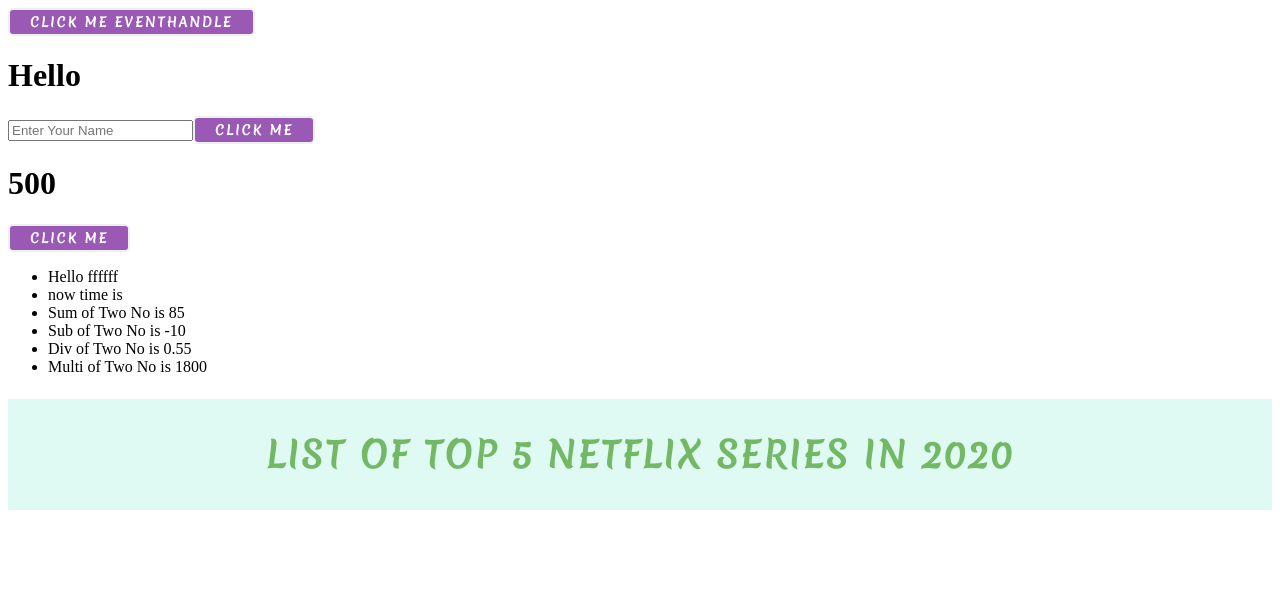
Repository: hardik2626/reactlearn2020
Page: /
These files come from the project's save history. The page is drawn as it stood at one moment and after the next save; the edit follows.
The browser window is 1280 px wide. The pictures show the part of the page from y = 0 to 616 px (the page is 1640 px tall before and 2332 px after).
Pictures or frames that could not be fetched are drawn as grey boxes. The project was rebuilt for these pictures with package versions that can differ from the ones it lists, and the page was loaded fresh each time.

Above is the page before, as saved 2020-10-10 10:18:41.

### public/index.html
<!DOCTYPE html>
<html lang="en">

<head>
    <meta charset="utf-8" />
    <link rel="icon" href="%PUBLIC_URL%/favicon.ico" />
    <meta name="viewport" content="width=device-width, initial-scale=1" />
    <meta name="theme-color" content="#000000" />
    <meta name="description" content="Web site created using create-react-app" />
    <link rel="apple-touch-icon" href="%PUBLIC_URL%/logo192.png" />
    <!--
      manifest.json provides metadata used when your web app is installed on a
      user's mobile device or desktop. See https://developers.google.com/web/fundamentals/web-app-manifest/
    -->
    <link rel="manifest" href="%PUBLIC_URL%/manifest.json" />
    <!--
      Notice the use of %PUBLIC_URL% in the tags above.
      It will be replaced with the URL of the `public` folder during the build.
      Only files inside the `public` folder can be referenced from the HTML.

      Unlike "/favicon.ico" or "favicon.ico", "%PUBLIC_URL%/favicon.ico" will
      work correctly both with client-side routing and a non-root public URL.
      Learn how to configure a non-root public URL by running `npm run build`.
    -->
    <link href="https://fonts.googleapis.com/css2?family=Merienda&display=swap" rel="stylesheet">
    <title>React App</title>
</head>

<body>
    <noscript>You need to enable JavaScript to run this app.</noscript>
    <div id="root"></div>
    <!--
      This HTML file is a template.
      If you open it directly in the browser, you will see an empty page.

      You can add webfonts, meta tags, or analytics to this file.
      The build step will place the bundled scripts into the <body> tag.

      To begin the development, run `npm start` or `yarn start`.
      To create a production bundle, use `npm run build` or `yarn build`.
    -->
</body>

</html>

### src/index.js
import React from 'react';
import ReactDOM from 'react-dom';
import App from './App';
import Cards from './Cards'
import './index.css';
import Sdata from './Sdata'

//console.log(Sdata[1].sname);

/*function nCard(val){
  //console.log(val);
  return(
    <Cards
     imgsrc={val.imgsrc}
     sname={val.sname}
     title={val.title}
     link={val.link}
     />
  )
}*/



ReactDOM.render(
  <>

  <App myname="ffffff" />


    <h1 className="heading_style">List of TOP 5 Netflix Series in 2020</h1>
    {/* {Sdata.map(nCard)}; */}

    {Sdata.map((val, index) => {
      console.log(index);
      return(
        <React.Fragment key={val.imgsrc}>
        <Cards  imgsrc={val.imgsrc} sname={val.sname} title={val.title} link={val.link} />
        </React.Fragment>
      )
      }
    )};


     { /* <Cards imgsrc={Sdata[1].imgsrc} sname={Sdata[1].sname} title={Sdata[1].title} link={Sdata[1].link} />
     <Cards imgsrc={Sdata[2].imgsrc} sname={Sdata[2].sname} title={Sdata[2].title} link={Sdata[2].link} /> */ }

  </>, document.getElementById('root')
);

### src/App.js
import React from 'react';
import add, { sub, mult, div } from './Calc';
import Eventhand from './Eventhand';
import Myform from './Myform';
import Myhooks from './Myhooks';

function App(props){

  return(
    <>
    <Eventhand />
   <Myform />
   <Myhooks />
  <ul>
  <li>Hello {props.myname}</li>
  <li>now time is {new Date().toLocaleDateString}</li>
    <li>Sum of Two No is {add(45,40)}</li>
    <li>Sub of Two No is {sub(30,40)}</li>
    <li>Div of Two No is {div(22,40)}</li>
    <li>Multi of Two No is {mult(45,40)}</li>
  </ul>
  </>
  )
}

export default App

### src/Cards.jsx
import React from 'react';

function Cards(props){
  //console.log(props)
  return(
    <>
    <div className="cards">
      <div className="card">
        <img src={props.imgsrc} alt="ALPIC" className="card__img" />
        <div className="card__info">
          <span className="card__category">{props.title}</span>
          <h3 className="card__title"> {props.sname} </h3>
          <a href={props.link } target="_blank">
            <button>Watch Now</button>
          </a>
        </div>
      </div>
    </div>
  </>
  )
}
export default Cards

### src/index.css
/* * {
    margin: 0;
    padding: 0;
    box-sizing: border-box;
}

.heading {
    color: blue;
    text-align: center;
    text-transform: capitalize;
    font-weight: bold;
    text-shadow: 0px 2ps 4px #ffe9c5;
    font-family: 'Merienda', cursive;
}

.heading2 {
    color: #c75757;
    text-align: center;
    text-transform: capitalize;
    font-weight: bold;
    font-family: 'Merienda', cursive;
}

.imgDIV {
    width: 200px;
    height: auto;
    margin-top: 20px;
    display: inline;
}

body {
    background-color: #b4f2e1;
    box-sizing: border-box;
    margin: 0;
    padding: 0;
    font-family: 'Gill Sans', 'Gill Sans MT', Calibri, 'Trebuchet MS', sans-serif;
}

div {
    width: 100%;
    height: 100vh;
    display: flex;
    justify-content: center;
    align-items: center;
    margin-top: -30px;
}

h1 {
    padding: 20px;
    background-color: #ffe9c5;
    color: #fa9191;
    border-radius: 20px;
    font-size: 60px;
}

span {
    color: #eb6383;
} */

.heading_style {
    padding: 30px 0;
    text-align: center;
    font-family: 'Merienda', cursive;
    text-transform: uppercase;
    font-size: 35px;
    letter-spacing: 2px;
    font-weight: bold;
    color: #3d9820ab;
    background-color: #b4f2e16b;
    margin-bottom: 30px;
}

.cards {
    width: 100%;
    height: auto;
}

.card {
    margin: 6%;
    background-color: #fff;
    width: 21.25%;
    border-radius: 12%;
    box-shadow: 0px 13px 10px -7px rgba(0, 0, 0, 0.1);
    float: left;
    transition: all 0.4s cubic-bezier(0.175, 0.885, 0, 1);
    -webkit-border-radius: 12%;
    -moz-border-radius: 12%;
    -ms-border-radius: 12%;
    -o-border-radius: 12%;
    -webkit-transition: all 0.4s cubic-bezier(0.175, 0.885, 0, 1);
    -moz-transition: all 0.4s cubic-bezier(0.175, 0.885, 0, 1);
    -ms-transition: all 0.4s cubic-bezier(0.175, 0.885, 0, 1);
    -o-transition: all 0.4s cubic-bezier(0.175, 0.885, 0, 1);
}

.card:hover {
    box-shadow: 0px 30px 18px -8px rgba(0, 0, 0, 0.1);
    transform: scale(1.05, 1.05);
    -webkit-transform: scale(1.05, 1.05);
    -moz-transform: scale(1.05, 1.05);
    -ms-transform: scale(1.05, 1.05);
    -o-transform: scale(1.05, 1.05);
}

.card__img {
    width: 100%;
    height: 235px;
    border-top-left-radius: 12px;
    border-top-right-radius: 12px;
}

.card__info {
    background-color: #fff;
    border-bottom-left-radius: 12px;
    border-bottom-right-radius: 12px;
    padding: 16px 24px 24px 24px;
}

.card__category {
    font-family: 'Franklin Gothic Medium', 'Arial Narrow', Arial, sans-serif;
    text-transform: uppercase;
    font-size: 13px;
    letter-spacing: 2px;
    font-weight: bold;
    color: #868686;
    background-color: #fff;
}

.card__title {
    margin-top: 5px;
    margin-bottom: 10px;
    font-family: 'Merienda', cursive;
    background-color: #fff;
    text-transform: capitalize;
}

button {
    padding: 8px 5px;
    font-family: 'Merienda', cursive;
    text-transform: uppercase;
    font-size: 13px;
    letter-spacing: 2px;
    font-weight: bold;
    color: #868686;
    background-color: #fff;
    outline: none;
    border: 1px solid #000;
    cursor: pointer;
}

button {
    line-height: 24px;
    padding: 0 20px;
    background-color: #9b59b6;
    color: #fff;
    border: 2px solid #ecf0f1;
    outline: none;
    border-radius: 5px;
    text-transform: uppercase;
    cursor: pointer;
    -webkit-border-radius: 5px;
    -moz-border-radius: 5px;
    -ms-border-radius: 5px;
    -o-border-radius: 5px;
}

h1.evnthnd {
    color: White;
    background: transparent;
    text-shadow: 0 2px 2px #000;
}

div.evnt {
    width: 100%;
    height: 100vh;
    display: flex;
    justify-content: center;
    align-items: center;
    background-color: violet;
    flex-direction: column;
}

### src/Sdata.jsx
const Sdata = [{
        imgsrc : "https://picsum.photos/500/300",
        sname : "DARK",
        title : " A Netflix Original Series",
        link : "https://www.google.com/"
    },
    {
        imgsrc : "https://picsum.photos/500/330",
        sname : "Extra Carricular",
        title : " A Netflix Original Series",
        link : "https://www.google.com/"
    },
    {
        imgsrc : "https://picsum.photos/500/340",
        sname : "MasterCard",
        title : " A Netflix Original Series",
        link : "https://www.google.com/"
    },
    {
        imgsrc : "https://picsum.photos/500/335",
        sname : "TrueLove",
        title : " A ZEE  Series",
        link : "https://www.google.com/"
    },
    {
        imgsrc : "https://picsum.photos/500/345",
        sname : "Khul JA Sim Sim",
        title : " A ZEE5  Series",
        link : "https://www.google.com/"
    },
    {
        imgsrc : "https://picsum.photos/500/339",
        sname : "Extra Carricular",
        title : " A Netflix Original Series",
        link : "https://www.google.com/"
    }

];
export default Sdata

### src/Calc.jsx
import React from 'react';

function add(a, b) {
    let sum = a + b;
    return sum;
}
export default add;

function sub(a, b) {
    let sub = a - b;
    return sub;
}


function mult(a, b) {
    let mult = a * b;
    return mult;
}


function div(a, b) {
    let div = a / b;
    return div;
}
export { sub, mult, div };

### src/Eventhand.js
import React, { Component } from 'react'

const Eventhand = () => {
        return(
                <>
                        <div>
                                <button>Click Me EventHandle</button>
                        </div>
                </>
        )
}
export default Eventhand;

### src/Myform.js
import React, { useState } from 'react'

const Myform = () => {

        const [name, setName] = useState()
        const [fullName, setFullName] = useState()

        const subForm = (event) =>{
                setName(event.target.value)
                //console.log(event.target.value);
        }
        const onSubmit = () => {
                setFullName(name)
        }
        return(
                <>
                <div>
                        <h1>Hello {fullName}</h1>
                        <input type="text" placeholder="Enter Your Name" onChange={subForm} value={name} />
                        <button onClick={onSubmit}>Click Me</button>
                </div>
        </>
        )
}

export default Myform;

### src/Myhooks.js
import React, { useState } from 'react';
let count = 1;

const Myhooks = () => {

        const state = useState();
const [count, setCount] = useState(500);

const IncNum = () => {
        setCount(count + 5)
        //console.log("clicked" + count++)
};

        return(
                <>
                <h1>{count}</h1>
                <button onClick={IncNum}>Click Me</button>
                </>
        )
}
export default Myhooks

After the next save:
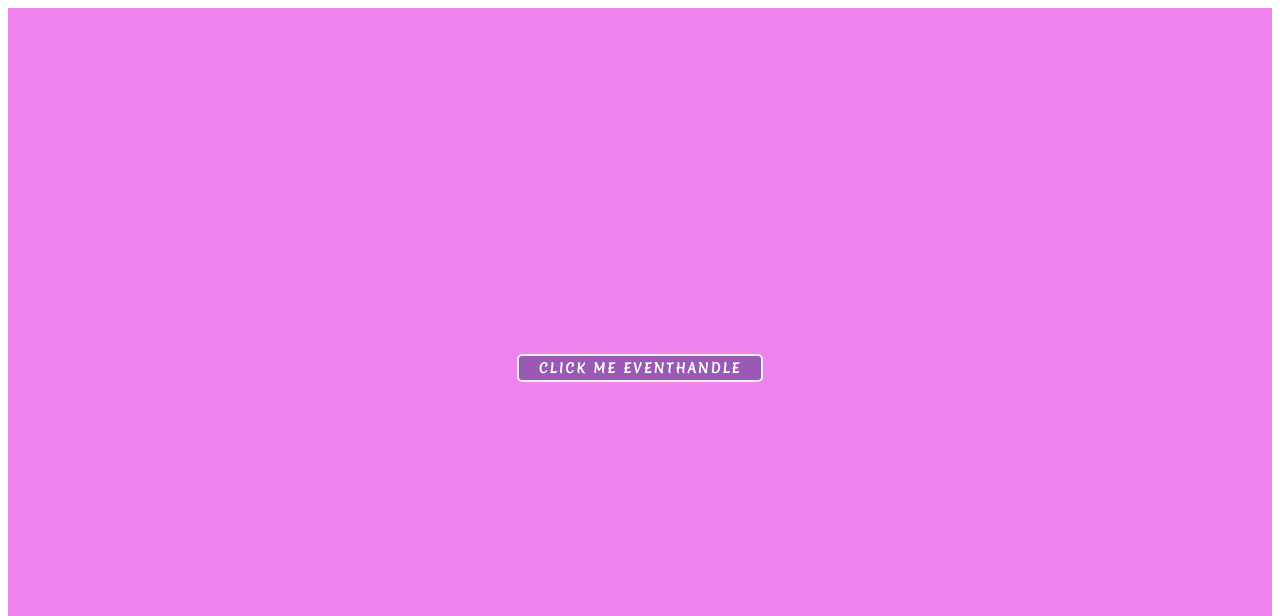
Saved 19 s later.
--- a/src/Eventhand.js
+++ b/src/Eventhand.js
@@ -3,7 +3,7 @@ import React, { Component } from 'react'
 const Eventhand = () => {
         return(
                 <>
-                        <div>
+                        <div className="evnt">
                                 <button>Click Me EventHandle</button>
                         </div>
                 </>
